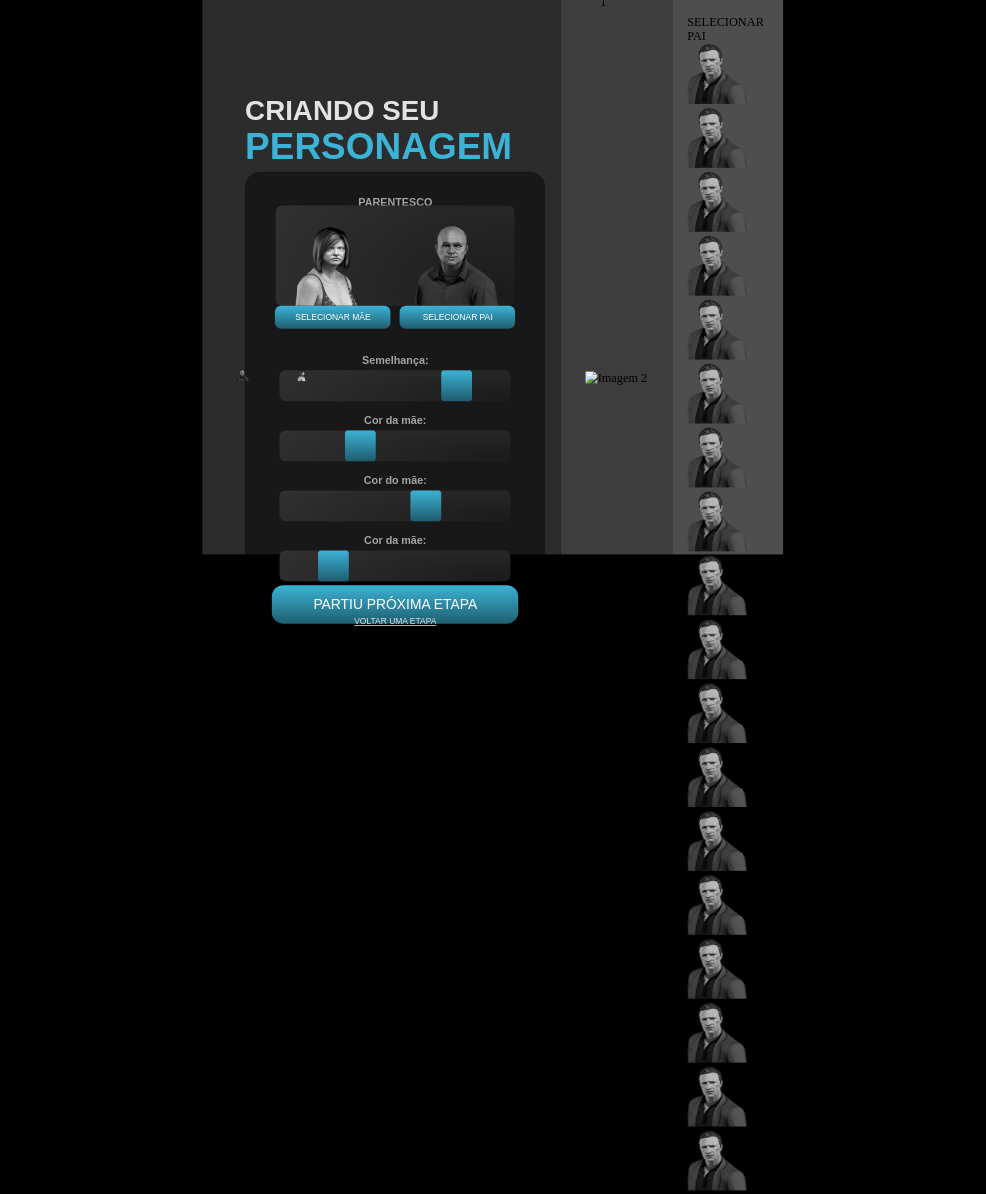
Repository: DuMCorrea/CriandoPerso
Page: index.html
These files come from the project's save history. The page is drawn as it stood at one moment and after the next save; the edit follows.
The browser window is 1280 px wide. The pictures show the whole page, at 77% of full size.

Above is the page before, as saved 2024-09-03 21:23:33.
Not found: assets/Boneco.png
Not found: assets/FlashStore 1.png

After the next save:
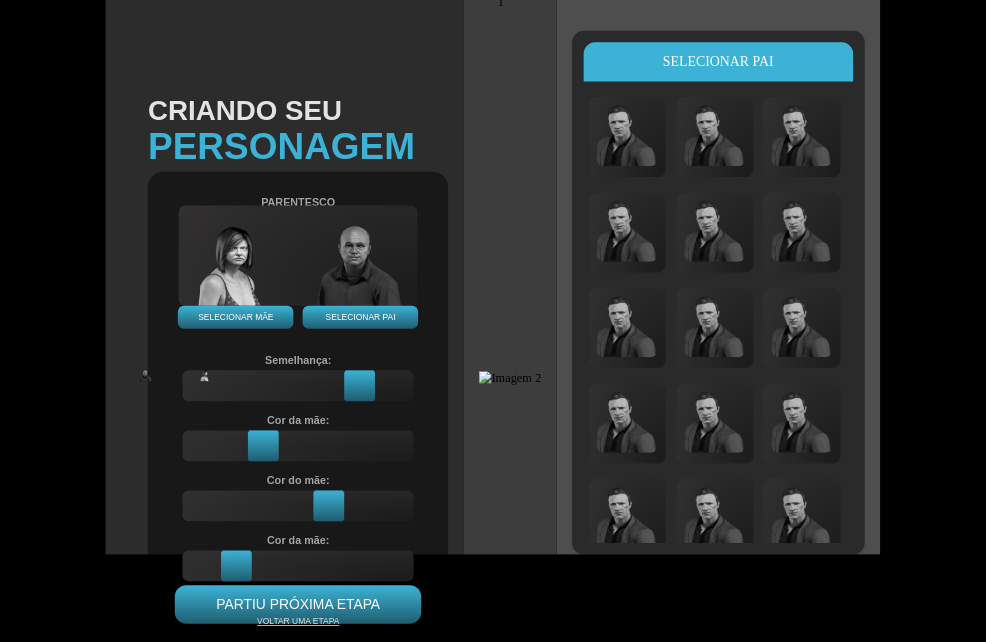
Saved 13 s later.
--- a/styles.css
+++ b/styles.css
@@ -305,5 +305,65 @@
 
 
 .right {
-    background-color: #4e4e4e; /* Cor de fundo para a div direita */
-}
+    background-color: #4e4e4e;
+}
+
+.novo-retangulo {
+    width: 350px;
+    height: 650px;
+    background-color: rgba(0, 0, 0, 0.46);
+    border-radius: 15px;
+    margin: 20px auto;
+    padding: 15px;
+    box-shadow: 0 4px 6px rgba(0, 0, 0, 0.1);
+    display: flex;
+    flex-direction: column;
+}
+
+.titulo-retangulo {
+    background-color: #3CB3D6;
+    color: white;
+    font-size: 18px;
+    text-align: center;
+    padding: 15px;
+    border-radius: 15px 15px 0 0;
+    box-sizing: border-box;
+    margin-bottom: 20px;
+}
+
+.conteudo-scroll {
+    flex-grow: 1; /* Faz o contêiner de rolagem ocupar o espaço restante */
+    overflow-y: auto;
+    padding-right: 10px;
+}
+
+.imagens-container {
+    display: flex;
+    justify-content: space-around;
+    margin-bottom: 20px; /* Espaço entre as imagens e o próximo grupo */
+}
+
+.imagem-wrapper {
+    background: radial-gradient(547.21% 823.76% at 94.51% 88.04%, #1D1C1C 0%, #837E7E 100%);
+    border-radius: 10px;
+    padding: 10px;
+}
+
+.imagem-wrapper img {
+    width: 80px;
+    height: 80px;
+    border-radius: 10px;
+}
+
+.conteudo-scroll::-webkit-scrollbar {
+    width: 10px;
+}
+
+.conteudo-scroll::-webkit-scrollbar-thumb {
+    background-color: #888;
+    border-radius: 10px;
+}
+
+.conteudo-scroll::-webkit-scrollbar-track {
+    background-color: transparent;
+}
